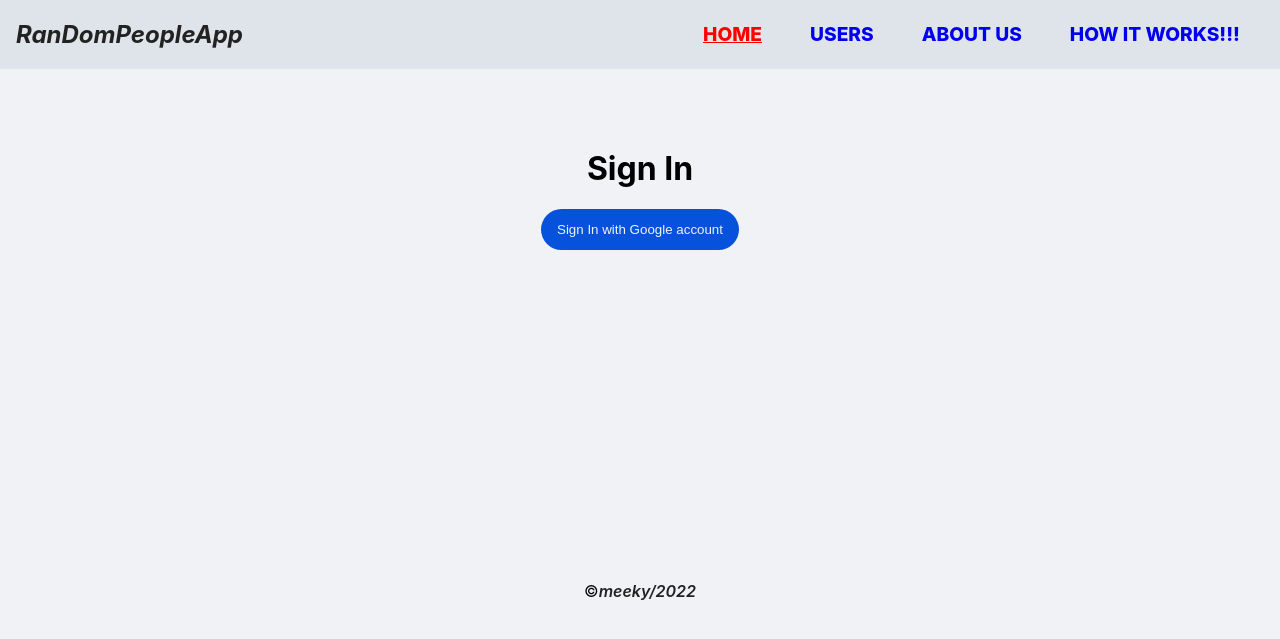
Repository: MikkyPrestige/RandomProfiles
Page: /
The author's editor kept a copy of each file at every save. The page is drawn from the files as they stood at one save, then again after the next save.
The browser window is 1280 px wide. The pictures show the whole page.
The page's requests for data from a server got no answer. The project was rebuilt for these pictures with package versions that can differ from the ones it lists, and the page was loaded fresh each time. Some packages were replaced by stand-ins written for this rebuild. No one was signed in, and anything a server would have sent is missing. Also part of the build but not shown: src/components/users.jsx, src/assets/styles/search.css, src/components/search.jsx, src/assets/styles/help.css, src/components/help.jsx, src/assets/styles/about.css, src/components/about.jsx, src/assets/styles/error.css and 2 more.

Above is the page before, as saved 2022-11-28 05:08:17.

### public/index.html
<!DOCTYPE html>
<html lang="en">

<head>
  <meta charset="utf-8" />
  <link rel="icon" href="%PUBLIC_URL%/favicon.ico" />
  <meta name="viewport" content="width=device-width, initial-scale=1" />
  <meta name="theme-color" content="#000000" />
  <meta name="description" content="Web site created using create-react-app" />
  <link rel="apple-touch-icon" href="%PUBLIC_URL%/logo192.png" />
  <!--
      manifest.json provides metadata used when your web app is installed on a
      user's mobile device or desktop. See https://developers.google.com/web/fundamentals/web-app-manifest/
    -->
  <link rel="manifest" href="%PUBLIC_URL%/manifest.json" />
  <!--
      Notice the use of %PUBLIC_URL% in the tags above.
      It will be replaced with the URL of the `public` folder during the build.
      Only files inside the `public` folder can be referenced from the HTML.

      Unlike "/favicon.ico" or "favicon.ico", "%PUBLIC_URL%/favicon.ico" will
      work correctly both with client-side routing and a non-root public URL.
      Learn how to configure a non-root public URL by running `npm run build`.
    -->
  <title>AltSchool Assignment 2</title>
</head>

<body>
  <noscript>You need to enable JavaScript to run this app.</noscript>
  <div id="root"></div>
  <!--
      This HTML file is a template.
      If you open it directly in the browser, you will see an empty page.

      You can add webfonts, meta tags, or analytics to this file.
      The build step will place the bundled scripts into the <body> tag.

      To begin the development, run `npm start` or `yarn start`.
      To create a production bundle, use `npm run build` or `yarn build`.
    -->
</body>

</html>

### src/index.css
body {
  margin: 0;
  font-family: -apple-system, BlinkMacSystemFont, 'Segoe UI', 'Roboto', 'Oxygen',
    'Ubuntu', 'Cantarell', 'Fira Sans', 'Droid Sans', 'Helvetica Neue',
    sans-serif;
  -webkit-font-smoothing: antialiased;
  -moz-osx-font-smoothing: grayscale;
  background-color: #f1f2f6;
}

code {
  font-family: source-code-pro, Menlo, Monaco, Consolas, 'Courier New',
    monospace;
}

### src/App.jsx
import * as React from "react";
import { ErrorBoundary } from "react-error-boundary";
import { Route, Routes } from "react-router-dom";
import { Layout, Home, Users, Search, Help, About, Error, ErrorFallBack, Footer } from "./components";


const App = () => {

   return (
      <div className="App">
         <main>
            <ErrorBoundary FallbackComponent={ErrorFallBack}>
               <Layout />
               <Routes>
                  <Route path="/" element={<Home />} />
                  <Route path="users">
                     <Route index element={<Users />} />
                     <Route path=":id" element={<Search />} />
                  </Route>
                  <Route path="help" element={<Help />} />
                  <Route path="about" element={<About />} />
                  <Route path="*" element={<Error />} />
               </Routes>
            </ErrorBoundary>
            <Footer />
         </main>
      </div>
   );
}

export default App;

### src/components/index.js
export { default as Layout } from "./layout";
export { default as Home } from "./home";
export { default as Users } from "./users";
export { default as Search } from "./search";
export { default as Help } from "./help"
export { default as About } from "./about";
export { default as Error } from "./error";
export { default as ErrorFallBack } from "./errorFallback";
export {  Footer } from "./avatar";

### src/components/layout.jsx
// LAYOUT COMPONENT - This component is for the App Layout that displays the Navigation bar in the app UI to the user when app is open

import { NavLink } from "react-router-dom";
import "../assets/styles/layout.css";

const CustomNavLink = ({ to, ...props }) => {
  let activeStyle = {
    textDecoration: 'underline',
    color: 'red',
  };

  return (
    <NavLink
      style={({ isActive }) =>
        isActive ? activeStyle : { textDecoration: 'none' }
      }
      to={to}
      end
      {...props}
    />
  );
};


const Layout = () => {

  return (
    <nav className="layout">
      <div className="app-header">
        <h1>RanDomPeopleApp</h1>
      </div>
      <div className="nav__items">
        <CustomNavLink to="/" className="nav__item">Home</CustomNavLink>
        <CustomNavLink to="users" className="nav__item">Users</CustomNavLink>
        <CustomNavLink to="about" className="nav__item">About us</CustomNavLink>
        <CustomNavLink to="help" className="nav__item">How it works!!!</CustomNavLink>
      </div>
    </nav>
  );
}

export default Layout;

### src/components/home.jsx
// HOME COMPONENT - This component is the Home section of the app that displays app Home page on load and when the 'HOME' button in the header is clicked

import { useNavigate } from "react-router-dom";
import "../assets/styles/home.css";
import { Avatar } from "./avatar";
import FirstFemale from "../assets/img/female-1.jpg";
import SecondFemale from "../assets/img/female-2.jpg";
import ThirdFemale from "../assets/img/female-3.jpg";
import FirstMale from "../assets/img/male-1.jpg";
import SecondMale from "../assets/img/male-2.jpg";
import { signInWithRedirect, auth, provider, getRedirectResult, onAuthStateChanged } from "../config";
import { useEffect, useState } from "react";

const Home = () => {
  const [signedIn, setSignedIn] = useState(false);
  const [user, setUser] = useState(null);

  const navigate = useNavigate();
  const getStarted = () => {
    navigate("/users"); // Redirect the user to the users component when the get started button is clicked
  };

  // handle sign In
  const signIn = (e) => {
    e.preventDefault();
    signInWithRedirect(auth, provider);
  };

  // handle sign out
  const signOut = (e) => {
    e.preventDefault();
    auth.signOut();
  };

  // Get redirect result
  useEffect(() => {
    getRedirectResult(auth)
      .then((result) => {
        if (result) {
          setSignedIn(true);
          // navigate("/users");
        } else {
          // console.log("No user");
        }
      })
      .catch((error) => {
        console.log(error);
      });
  }, []);

  // Check auth state
  useEffect(() => {
    onAuthStateChanged(auth, (user) => {
      if (user) {
        console.log(user);
        const { displayName, email, phoneNumber, photoURL } = user;
        setUser({ displayName, email, phoneNumber, photoURL });
        // navigate("/users");
      } else {
        setUser(null);
      }
    });
  }, []);

  return (
    <div className="home">
      {/* <div className="home__container">
        <div className="desc">
          <h1 className="desc__heading">Random people finder</h1>
          <p className="desc__paragraph">Finding great friends isn't easy, and it doesn't have to be. With Random User, you can connect with people all over the world for no cost. Random Users is the best place to find new friends all around the world. Join now!</p>
          <button onClick={getStarted} className="desc__cta">Get started</button>
        </div>
        <div className="home__wrapper">
          <h2 className="home__heading">Random friend finder</h2>
          <p className="home__text">Find new friends from every country and every race of the world</p>
          <div className="home__img">
            <Avatar image={FirstFemale} alt="Female One" />
            <Avatar image={SecondFemale} alt="Female Two" />
            <Avatar image={FirstMale} alt="Male One" />
            <Avatar image={ThirdFemale} alt="Female Three" />
            <Avatar image={SecondMale} alt="Male Two" />
          </div>
        </div>
      </div> */}
      {/* // sign in button */}
      <div className="signIn-msg">
        {user ? (
          <div className="user">
            <h1 className="user__name">Welcome {user.displayName}, you are signed In</h1>
            <img src={user.photoURL} alt="user" />
            <p>{user.email}</p>
            <p>{user.phoneNumber}</p>
            <button onClick={signOut}>Sign Out</button>
          </div>
        ) : (
          <div className="signIn">
            <h1 className="signIn__heading">Sign In</h1>
            <button onClick={signIn} className="desc__cta">
              Sign In with Google account
            </button>
          </div>
        )}
      </div>
    </div>
  );
};

export default Home;

### src/components/avatar.jsx
// AVATAR COMPONENT - This component is for the Images used in the app.

import "../assets/styles/layout.css";

export const Avatar = ({ image = "", alt = "", style = { width: '5rem', height: '5rem', borderRadius: '50%' } }) => {
  return (
    <div className="avatar">
      <img src={image} alt={alt} style={style} />
    </div>
  );
}


// FOOTER COMPONENT - for the attribution

export const Footer = () => {
  return (
    <div className="attribution">
      <footer>&copy;<a href="https://github.com/MeekyBerry" target="_blank" rel="noreferrer" className="footer">meeky/2022</a></footer>
    </div>
  )
}

### src/assets/styles/layout.css
.layout {
  background-color: #dfe4ea;
  padding: 0rem 1rem;
  color: #222;
  display: flex;
  align-items: center;
  justify-content: space-between;
}

.app-header {
  font-style: italic;
}

.nav__items {
  display: flex;
  align-items: center;
  list-style: none;
  flex-wrap: wrap;
}

.nav__item {
  font-size: 1.2rem;
  font-weight: 800;
  padding: 1rem 1.5rem;
  text-transform: uppercase;
}

.attribution {
  text-align: center;
}

.footer {
  color: #222;
  text-decoration: none;
  cursor: pointer;
  font-style: italic;
  font-weight: 600;
}

### src/assets/styles/home.css
.home {
  height: 60vh;
  width: 100%;
  margin-top: 5rem;
  text-align: center;
}

.home__container {
  display: flex;
  justify-content: space-around;
  align-items: center;
  gap: 1rem;
}

.desc {
  width: 40%;
}

.desc__heading {
  font-size: 2.5rem;
  color: #0651ddbb;
  text-transform: capitalize;
}

.desc__paragraph {
  font-size: 1rem;
  color: #0f4cbe;
}

.desc__cta {
  background-color: #0652dd;
  color: #f1f2f6;
  padding: 0.8rem 1rem;
  border: none;
  border-radius: 1.5rem;
}

.desc__cta:hover {
  background-color: #0f4cbe;
}

.home__wrapper {
  border: 1px solid #0652dd;
  border-radius: 1.5rem;
  line-height: 1;
  padding: 1rem;
  height: min-content;
}

.home__text {
  font-style: italic;
  color: #0652dd;
}

.home__img {
  display: flex;
  align-items: center;
  gap: 1rem;
}

### src/config/index.js
// Import the functions you need from the SDKs you need
import { initializeApp } from "firebase/app";
import { getAuth, signInWithRedirect, GoogleAuthProvider, getRedirectResult, onAuthStateChanged } from "firebase/auth";
// TODO: Add SDKs for Firebase products that you want to use
// https://firebase.google.com/docs/web/setup#available-libraries

// Your web app's Firebase configuration
const firebaseConfig = {
  apiKey: "AIzaSyCfrfw6chi091bWLqJvanxAUTxgJ5XqEu0",
  authDomain: "random-people-app.firebaseapp.com",
  projectId: "random-people-app",
  storageBucket: "random-people-app.appspot.com",
  messagingSenderId: "1097586453252",
  appId: "1:1097586453252:web:4575afe7663a752ae77e51"
};

// Initialize Firebase
const app = initializeApp(firebaseConfig);

// Setup Google auth provider
const provider = new GoogleAuthProvider();

const auth = getAuth();


export { app, provider, auth, signInWithRedirect, getRedirectResult, onAuthStateChanged };

### src/assets/styles/users.css
.users {
  background-color: #fff;
  border: 1px solid #ccc;
  border-radius: 0.5rem;
  padding: 1rem;
  margin: 1rem;
}

.users__heading {
  text-align: center;
  text-transform: uppercase;
  font-size: 1.5rem;
  font-weight: bold;
  margin-bottom: 1rem;
}

/* TOP BUTTON  */
.top__btn {
  display: flex;
  justify-content: space-between;
  align-items: center;
  margin-bottom: 1rem;
}

.cta {
  background-color: #fff;
  border: 1px solid #ccc;
  border-radius: 1rem;
  padding: 0.5rem;
  margin: 1rem;
  font-size: 1rem;
  font-weight: bold;
  cursor: pointer;
}

.page__num {
  background-color: #7fffd4;
  color: #fff;
  border: none;
  border-radius: 50%;
  padding: 0.5rem;
  font-size: 1.5rem;
  font-weight: bold;
  cursor: pointer;
}

.users__list {
  list-style: none;
  padding: 2rem;
  margin: 1rem auto;
  width: 85%;
  display: grid;
  grid-template-columns: repeat(3, minmax(200px, 1fr));
  grid-gap: 3rem;
}

.user__items {
  padding: 1rem;
  border-bottom: 1px solid #ccc;
}

.user__item {
  background-color: #fff;
  border: 1px solid #ccc;
  border-radius: 0.5rem;
  padding: 1rem;
}

.user__img {
  width: 80%;
  border-radius: 10%;
  margin-left: 1rem;
}

/* BUTTON BELOW */
.bottom__btn {
  display: flex;
  justify-content: center;
  align-items: center;
}

.btn {
  background-color: #1e90ff;
  color: #f1f2f6;
  border: none;
  border-radius: 1rem;
  padding: 0.5rem 1rem;
  margin: 1rem;
  font-size: 1rem;
  font-weight: bold;
  cursor: pointer;
}

.active:hover {
  background-color: #ced6e0;
  color: #1e90ff;
}

.active:active {
  background-color: #70a1ff;
  color: #ced6e0;
}

.btn__array {
  padding: 0.5rem;
  margin: 0.5rem;
  font-size: 1rem;
  font-weight: bold;
  border-radius: 0.5rem;
  border: none;
  cursor: pointer;
}

.pagination {
  text-align: center;
}

.search__box {
  display: flex;
  justify-content: center;
  align-items: center;
}

.search__link {
  background-color: #fff;
  border: 1px solid #ccc;
  color: #1e90ff;
  border-radius: 1rem;
  width: 18rem;
  padding: 0.5rem;
  margin: 1rem;
  font-size: 1rem;
  font-weight: bold;
  cursor: pointer;
  text-align: center;
  text-decoration: none;
  animation: search 1s ease-in-out infinite;
}

.search__link:hover {
  background-color: #1e90ff;
  color: #fff;
  animation: none;
}

.search__link:active {
  background-color: #70a1ff;
  color: #fff;
  animation: none;
}

@keyframes search {
  0% {
    transform: scale(1);
  }
  50% {
    transform: scale(1.2);
  }
  100% {
    transform: scale(1);
  }
}

Loaded but not shown: src/index.js (common file)

After the next save:
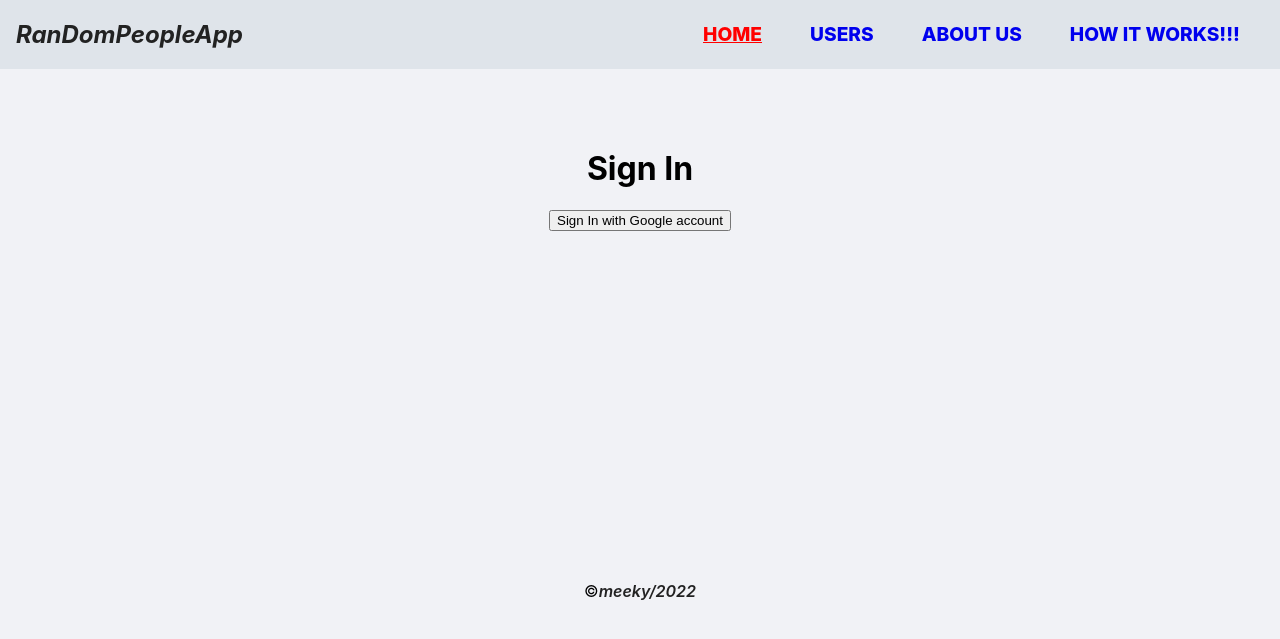
Saved 4 min 3 s later.
--- a/src/components/home.jsx
+++ b/src/components/home.jsx
@@ -87,15 +87,16 @@ const Home = () => {
         {user ? (
           <div className="user">
             <h1 className="user__name">Welcome {user.displayName}, you are signed In</h1>
-            <img src={user.photoURL} alt="user" />
+            {/* <img src={user.photoURL} alt="user" /> */}
+            <Avatar image={user.photoURL} />
             <p>{user.email}</p>
             <p>{user.phoneNumber}</p>
-            <button onClick={signOut}>Sign Out</button>
+            <button onClick={signOut} className="sign__btn">Sign Out</button>
           </div>
         ) : (
           <div className="signIn">
             <h1 className="signIn__heading">Sign In</h1>
-            <button onClick={signIn} className="desc__cta">
+            <button onClick={signIn} className="sign__btn">
               Sign In with Google account
             </button>
           </div>
